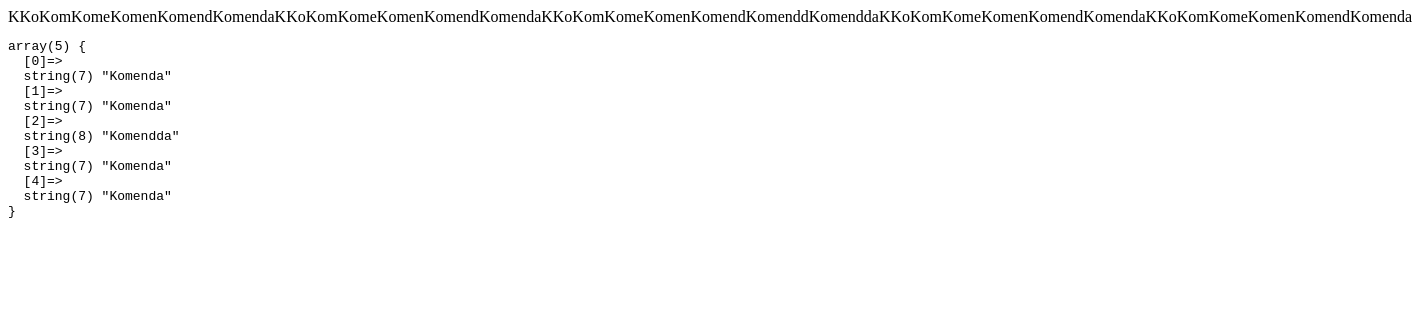
Repository: mahoone/revising_php
Page: http://localhost/Config.php
An editor plug-in stored every save of this project. The page is shown before and after the next save, followed by the edit.
The browser window is 1280 px wide. The page is 1412 px wide, then 1280 px, so the pictures cover 1412 px, including what lies to the right of the window. The pictures show the whole page.
The page is run by PHP 8.4 with error messages shown; the project is at /var/www/html/.

Above is the page before, as saved 2020-06-01 22:02:18.

After the next save:
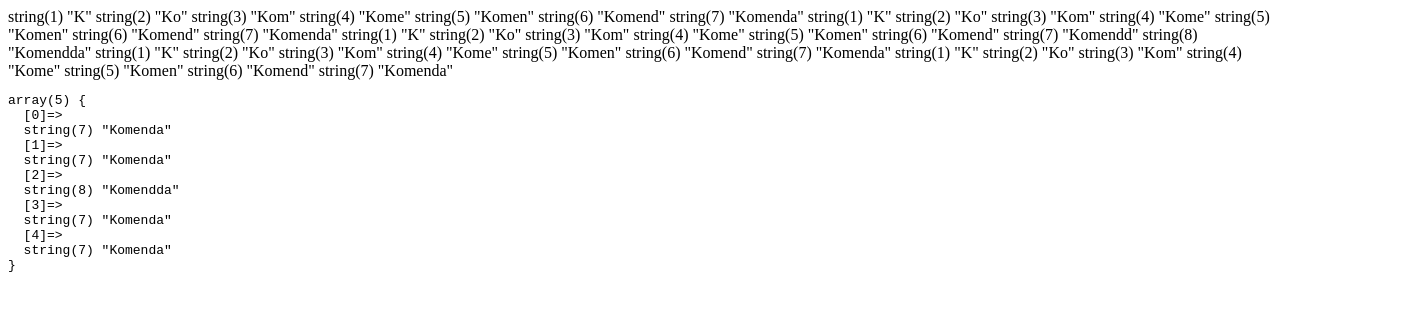
Saved 47 s later.
--- a/Config.php
+++ b/Config.php
@@ -18,7 +18,7 @@ for($i = 0; $i < strlen($tekst); $i++)
             break;
         default:
             $tablica[$t] = $tablica[$t].$tekst[$i];
-            echo $tablica[$t];
+            var_dump ($tablica[$t]);
    }
 }
 
